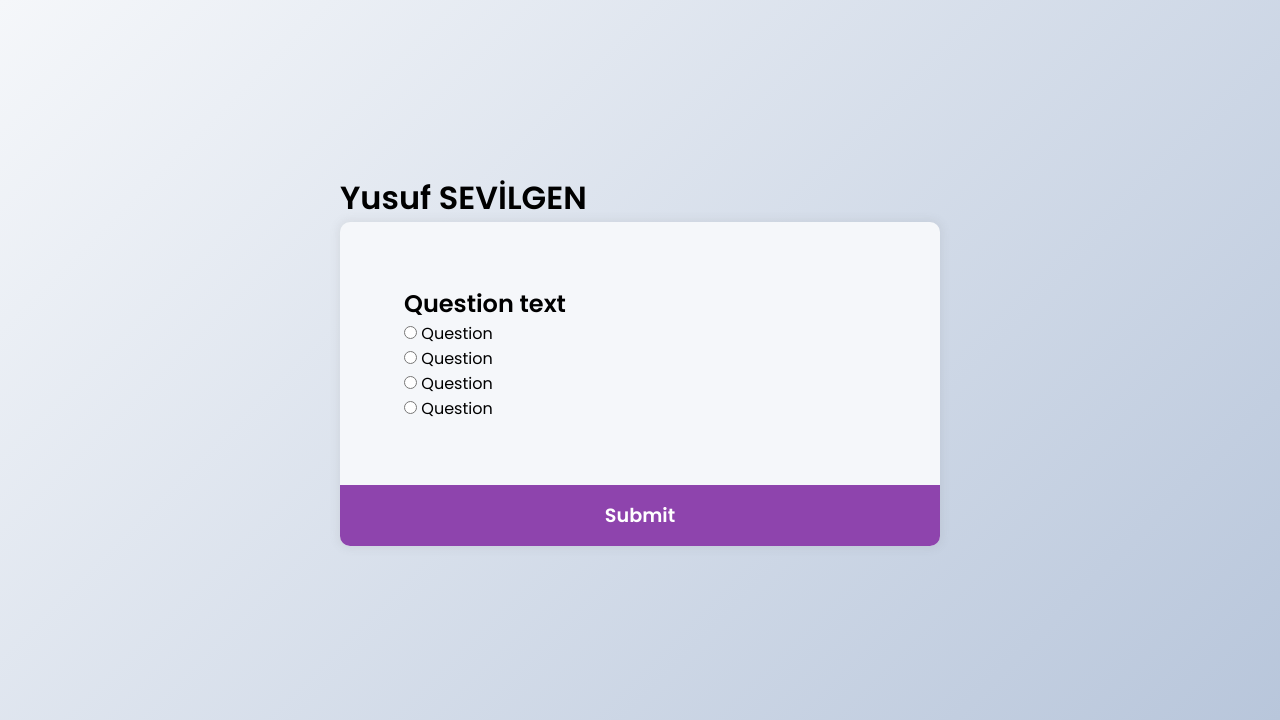
Repository: sevilgenysf/javascript-two
Page: index.html
The author's editor kept a copy of each file at every save. The page is drawn from the files as they stood at one save, then again after the next save.
The browser window is 1280 px wide. The pictures show the whole page.

Above is the page before, as saved 2022-02-27 15:21:01.

### index.html
<!DOCTYPE html>
<html lang="en">

<head>
	<meta charset="UTF-8">
	<meta http-equiv="X-UA-Compatible" content="IE=edge">
	<meta name="viewport" content="width=device-width, initial-scale=1.0">
	<link rel="stylesheet" href="./style.css">
	<script src="./index.js" defer></script>
	<title>javascript Day two</title>
</head>

<body>
	<div>
		<h1>Yusuf SEVİLGEN</h1>
		<div class="quiz-container">
			<div class="quiz-header">
				<h2>Question text</h2>
				<ul>
					<li>
						<input type="radio" id="a" name="answer">
						<label for="a">Question</label>
					</li>
				</ul>
				<ul>
					<li>
						<input type="radio" id="b" name="answer">
						<label for="b">Question</label>
					</li>
				</ul>
				<ul>
					<li>
						<input type="radio" id="c" name="answer">
						<label for="c">Question</label>
					</li>
				</ul>
				<ul>
					<li>
						<input type="radio" id="d" name="answer">
						<label for="d">Question</label>
					</li>
				</ul>
			</div>
			<button>Submit</button>
		</div>
	</div>
</body>

</html>

### style.css
@import url('https://fonts.googleapis.com/css2?family=Poppins:wght@400;600&family=Roboto:ital,wght@0,300;0,400;0,700;1,500&display=swap');

* {
	margin: 0;
	padding: 0;
	box-sizing: border-box;
}

body {
	display: flex;
	justify-content: center;
	align-items: center;
	background-color: #b8c6db;
	background-image: linear-gradient(315deg, #b8c6db 0%, #f5f7fa 100%);
	font-family: 'Poppins', sans-serif;
	min-height: 100vh;
}

.quiz-container {
	background-color: #f5f7fa;
	width: 600px;
	border-radius: 10px;
	box-shadow: 0 0 10px 2px rgba(100, 100, 100, 0.1);
	max-width: 100%;
	overflow: hidden;
}

.quiz-header {
	padding: 4rem;
}

ul {
	list-style: none;
	padding: 0;
}

button {
	background-color: #8e44ad;
	width: 100%;
	padding: 1rem;
	color: #fff;
	font-family: inherit;
	border: none;
	cursor: pointer;
	font-size: 1.2rem;
	font-weight: 600;
	transition: all 0.2s ease-in-out;
}

### index.js
const quizData = [
	{
		question: 'How old are you?',
		a: '25',
		b: '26',
		c: '27',
		d: '28',
		currect: 'c'
	},
	{
		question: 'What is the most used best programing language in 2019?',
		a: 'Java',
		b: 'C',
		c: 'Python',
		d: 'JavaScript',
		currect: 'a'
	},
	{
		qwstion: 'who is he President of USA?',
		a: 'Trump',
		b: 'Obama',
		c: 'Bush',
		d: 'Clinton',
		currect: 'b'
	},
	{
		question: 'What does HTML stand for?',
		a: 'Hyper Text Markup Language',
		b: 'Cascading style sheet',
		c: 'Jason Object Notation',
		d: 'Aplication Type Markup Language',
		currect: 'a'
	},
	{
		question: 'What year was javaScript launched?',
		a: '1995',
		b: '1996',
		c: '1997',
		d: 'none of the above',
		currect: 'd'
	}
];

After the next save:
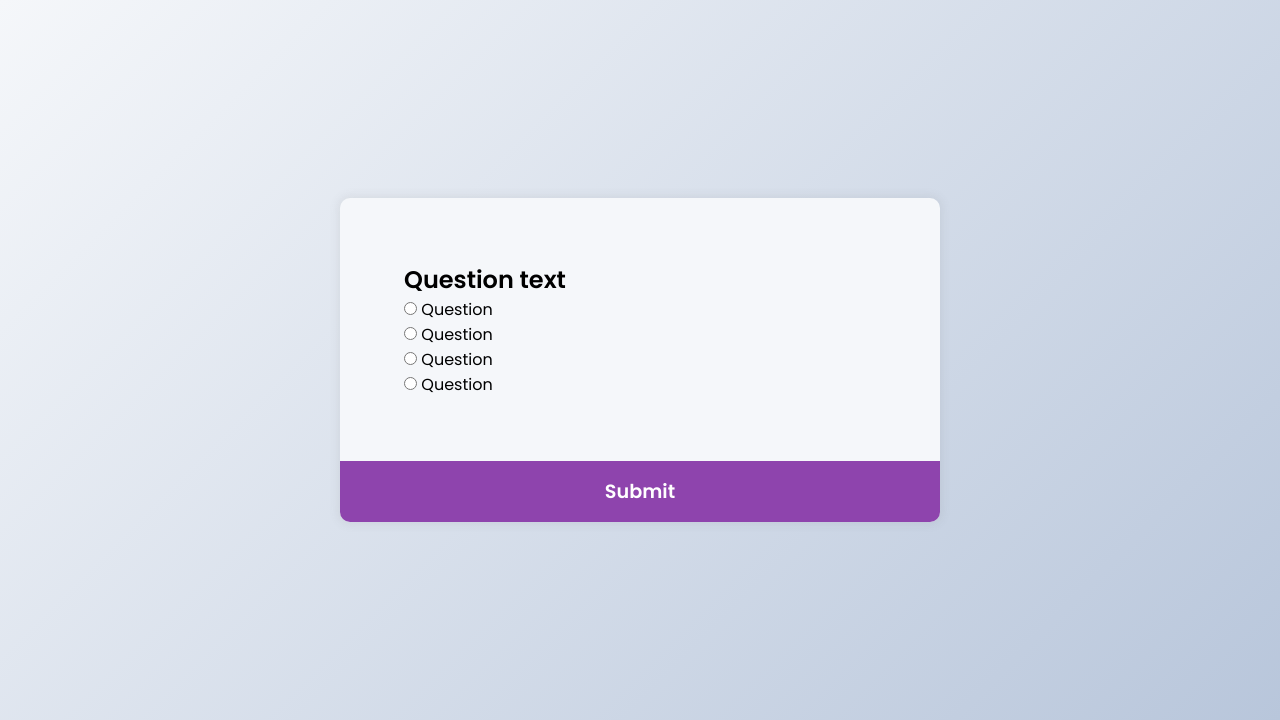
Saved 7 s later.
--- a/index.html
+++ b/index.html
@@ -12,7 +12,6 @@
 
 <body>
 	<div>
-		<h1>Yusuf SEVİLGEN</h1>
 		<div class="quiz-container">
 			<div class="quiz-header">
 				<h2>Question text</h2>
